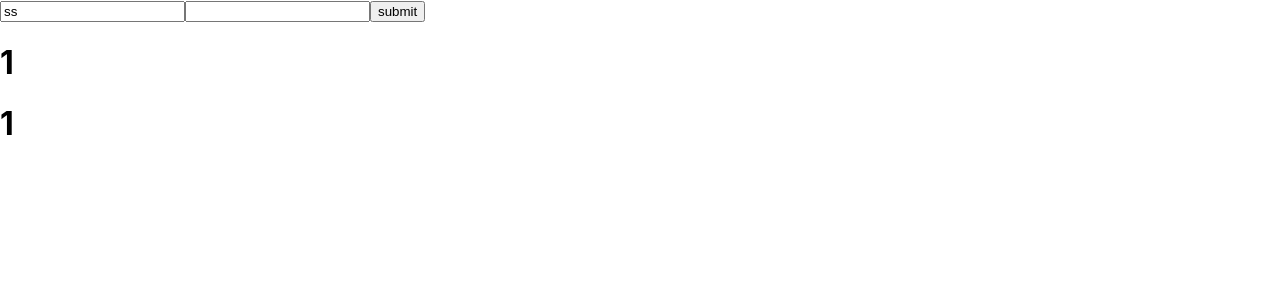
Repository: Prafullkuma/facebook
Page: /
An editor plug-in stored every save of this project. The page is shown before and after the next save, followed by the edit.
The browser window is 1280 px wide. The pictures show the whole page.
The project was rebuilt for these pictures with package versions that can differ from the ones it lists, and the page was loaded fresh each time. Also part of the build but not shown: src/App.css.

Above is the page before, as saved 2020-09-04 09:42:00.

After the next save:
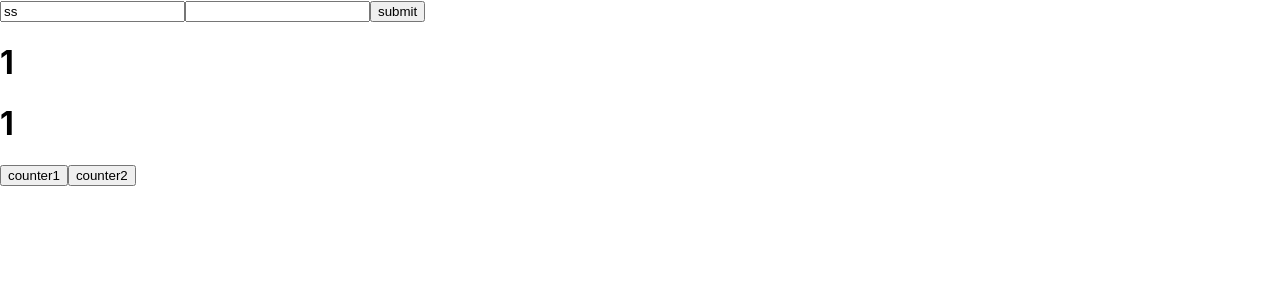
Saved 2 min 44 s later.
--- a/src/Component/Props.js
+++ b/src/Component/Props.js
@@ -7,7 +7,8 @@ function Props() {
         <div ref={h1ref}>
             <h1>{counter}</h1>
             <h1>{counter2}</h1>
-
+            <button onClick={() => setCounter(counter => counter + 1)}>counter1</button>
+            <button onClick={() => setCounter2(counter => counter + 2)}>counter2</button>
         </div>)
 }
 export default Props
